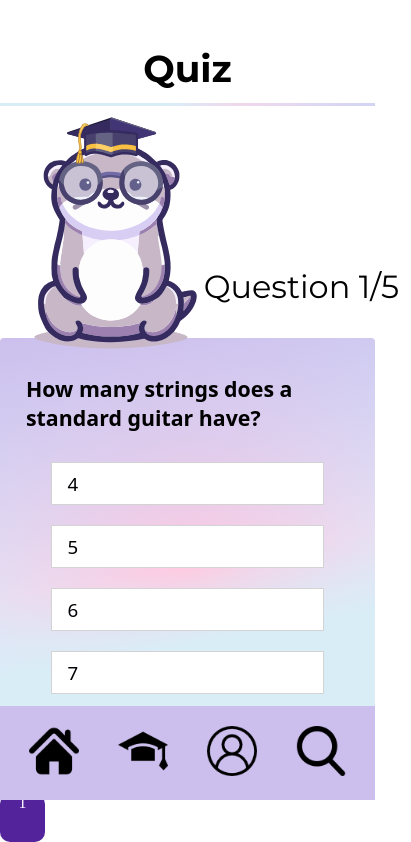
Repository: 1medi/pocketprof
Page: /quiz/page
The author's editor kept a copy of each file at every save. The page is drawn from the files as they stood at one save, then again after the next save.
The browser window is 375 px wide. The page is 411 px wide, so the pictures cover 411 px, including what lies to the right of the window. The pictures show the whole page.
The project was rebuilt for these pictures with package versions that can differ from the ones it lists, and the page was loaded fresh each time. The framework's server and built-in components were replaced by stand-ins that run in the browser. Also part of the build but not shown: next.config.mjs, Components/Buttons/Oscar/Oscar.module.css, Components/Buttons/Oscar/index.js.

Above is the page before, as saved 2024-04-14 06:31:26.

### pages/quiz/page.jsx
'use client';
import React, { useState, useRef, useEffect } from 'react';
import { quiz } from "../data"
import styles from "./page.module.css"
import { Montserrat } from "next/font/google"
import Header from '@/Components/Header';
import NavBar from "@/Components/Navbar"
import Image from 'next/image';


const notoSans = Montserrat({
  subsets: ['latin'],
});

export default function Page() {
  const [activeQuestion, setActiveQuestion] = useState(0);
  const [selectedAnswer, setSelectedAnswer] = useState('');
  const [checked, setChecked] = useState(false);
  const [selectedAnswerIndex, setSelectedAnswerIndex] = useState(null);
  const [showResult, setShowResult] = useState(false);
  const [result, setResult] = useState({
    score: 0,
    correctAnswers: 0,
    wrongAnswers: 0,
  });
  const [progress, setProgress] = useState(0);

  const nextButtonRef = useRef(null);

  const { questions } = quiz;
  const { answers, correctAnswer } = questions[activeQuestion];

  const onAnswerSelected = (answer, idx, event = null) => {
    if (event && event.type === 'keydown' && (event.key !== 'Enter' && event.key !== ' ')) {
      return;
    }
    setChecked(true);
    setSelectedAnswerIndex(idx);
    if (answer === correctAnswer) {
      setSelectedAnswer(true);
      console.log('true');
    } else {
      setSelectedAnswer(false);
      console.log('false');
    }
  };


  useEffect(() => {
    if (checked && nextButtonRef.current) {
      nextButtonRef.current.focus();
    }
  }, [checked]);

  const nextQuestion = () => {
    setProgress((prevProgress) => (prevProgress + 1) % 5); // Change 5 to the total number of nested divs
    setSelectedAnswerIndex(null);
    setResult((prev) =>
      selectedAnswer
        ? {
            ...prev,
            score: prev.score + 5,
            correctAnswers: prev.correctAnswers + 1,
          }
        : {...prev,
            wrongAnswers: prev.wrongAnswers + 1,
          }
    );
    if (activeQuestion !== questions.length - 1) {
      setActiveQuestion((prev) => prev + 1);
    } else {
      setActiveQuestion(0);
      setShowResult(true);
    }
    setChecked(false);
  };

  return (
    <>
    <Header name="Quiz"/>
      <div className={`${styles.container}`}>
      <div className={styles.oscarBox}>
    <Image
      priority
      src="/img/oscar/oscar-main.svg"
      width="100"
      height="100"
      alt="oscar"
      className={styles.oscar}
    />
    {!showResult && (
      <div className={styles.activeQ}>
        Question {activeQuestion + 1}
        <span>/{questions.length}</span>
      </div>
    )}
  </div>
    </div>
      <div>
        {!showResult ? (
          <div className={styles.quizContainer}>
            <h3 className={styles.question}>{questions[activeQuestion].question}</h3>
            {answers.map((answer, idx) => (
              <li
                key={idx}
                onClick={() => onAnswerSelected(answer, idx)}
                onKeyDown={(event) => onAnswerSelected(answer, idx, event)}
                className={`${styles.answerList} ${selectedAnswerIndex === idx ? styles.itemSelected : styles.itemHover}`}
                tabIndex={0}>
                <span>{answer}</span>
              </li>
            ))}

            <button
              ref={nextButtonRef}
              onClick={nextQuestion}
              className={checked ? styles.btn : styles.btnDisabled}
              tabIndex={2}
              disabled={!checked}>
              {activeQuestion === questions.length - 1 ? 'Finish' : 'Next'}
            </button>
          </div>
        ) : (
          <div className={styles.quizContainer}>
            <div className={styles.result}><h3 className={styles.hthree}>Results</h3></div>
            <div><h2 className={styles.htwo}>Overall {(result.score / (questions.length * 5)) * 100}%</h2></div>
            <div className={styles.resultBox}>
              <p className={styles.paragraph}>
              Total Questions: <span>{questions.length}</span>
            </p>
            <p className={styles.paragraph}>
              Total Score: <span>{result.score}</span>
            </p>
            <p className={styles.paragraph}>
              Correct Answers: <span>{result.correctAnswers}</span>
            </p>
            <p className={styles.paragraph}>
              Wrong Answers: <span>{result.wrongAnswers}</span>
            </p>
            </div>
            <button className={styles.btn} onClick={() => window.location.reload()}>Restart</button>
          </div>
        )}
      </div>
      <div className={styles.progressBar}>
          <div className={styles.step} style={{ opacity: progress >= 0 ? 1 : 0 }}><p className={styles.barText}>1</p></div>
          <div className={styles.step} style={{ opacity: progress >= 1 ? 1 : 0 }}><p className={styles.barText}>2</p></div>
          <div className={styles.step} style={{ opacity: progress >= 2 ? 1 : 0 }}><p className={styles.barText}>3</p></div>
          <div className={styles.step} style={{ opacity: progress >= 3 ? 1 : 0 }}><p className={styles.barText}>4</p></div>
          <div className={styles.step} style={{ opacity: progress >= 4 ? 1 : 0 }}><p className={styles.barText}>5</p></div>
      </div>
    <NavBar/>
    </>

  );
};

### pages/api/chat-gpt/route.js
import { NextResponse } from "next/server";

export async function POST(request) {
  return NextResponse.json({
    name: "IT WORKS!!!",
  });
}

### styles/globals.css
:root {
background-color: white;
align-content: center;
--main-color-purple: #53239B;
--main-color-lightpurple: #CCBFED;
--secondary-color-blue: #9AB7F9;
--secondary-color-lightblue: #CCE3FB;

--font-header: 34pt ;
--font-section-header: 28pt;
--font-sub-header: 24pt;
--font-button: 16pt;
--font-body: 16pt;
--font-secondary: 14pt;
--font-tertiary:12pt;

--headings: "Montserrat", "sans-serif";;
--body-text: "Noto Sans", sans-serif;

}


* {
    padding: 0;
    margin: 0;
  }

  ol,
  ul {
    list-style: none;
  }

### pages/data.js
export const quiz = {
    totalQuestions: 5,
    questions: [
      {
        id: 1,
        question: 'How many strings does a standard guitar have?',
        answers: ['4', '5', '6', '7'],
        correctAnswer: '6',
      },
      {
        id: 2,
        question: 'Which part of the guitar do you strum or pluck the strings with?',
        answers: ['Headstock', 'Fretboard', 'Body', 'Bridge'],
        correctAnswer: 'Body',
      },
      {
        id: 3,
        question: 'What is a pick used for in playing the guitar?',
        answers: ['Holding the strings down', 'Strumming or plucking the strings', 'Keeping the guitar in tune', 'San Marino'],
        correctAnswer: 'Strumming or plucking the strings',
      },
      {
        id: 4,
        question: 'What is the name of the thickest string on the guitar?',
        answers: ['A string', 'E string', 'D string', 'G string'],
        correctAnswer: 'E string',
      },
      {
        id: 5,
        question: 'Where do you place your fingers to play different notes on the guitar?',
        answers: ['On the body', 'On the headstock', 'On the strings over the fretboard', 'On the tuning pegs'],
        correctAnswer: 'On the strings over the fretboard',
      },
    ],
  };

### pages/quiz/page.module.css

@media only screen and (max-width:431px) {
  .container{
  padding: 0;
  background-color: white;
  width: 95%;
  margin: auto;
  border-radius: 10px;
  font-size: var(--font-body);
  padding: 0;

}

.question{
  font-family: var(--body-text);
  font-size: var(--font-body);
  margin: 20px 10px;

}

.htwo {
  padding-bottom: 2rem;
  color: #000105;
  font-family: var(--headings);
  font-size: var(--font-sub-header);
}

.hthree {
  padding-bottom: 2rem;
  color: #000105;
  font-family: var(--headings);
  font-size: var(--font-sub-header);
  text-align: left;
}

.result{
  left:0;
  width:100%;
  border-bottom: 0.5px solid black;
  height: 40px;
  margin-bottom: 3rem;
}

.btn {
  padding: 16px 8px;
  width: 100%;
  margin-top: 12px;
  font-size: var(--font-button);
  border-radius: 5px;
  cursor: pointer;
  background-color: var(--main-color-purple);
  color: white;
  font-family: var(--headings);
  align-self: center;
}

.btnDisabled {
  background-color: lightgray;
  padding: 16px 8px;
  width: 100%;
  margin-top: 12px;
  font-size: var(--font-button);
  border-radius: 4px;
  color: darkgray;
  font-family: var(--headings);
}

.answerList {
  list-style-type: none;
  cursor: pointer;
  margin: 10px 50px;
  padding: 8px 15px;
  color: #000105;
  border: 1.5px solid lightgray;
  background-color: white;
  font-family: var(--body-text);
  font-size: var(--font-secondary);
  width: 70%;
}

.activeQ{
  margin: 5rem 12rem;
  position: absolute;
  top: 50%; /* center vertically */
  left: 50%; /* center horizontally */
  transform: translate(-50%, -50%); /* adjust precise centering */
  width: 100%;
  color: black;
  text-align: center;
  padding:10px;
  font-family: var(--headings);
  font-size: var(--font-sub-header)
}

.itemHover:hover {
  background-color: #CCBFED;
  columns: #fff;
}

.itemSelected {
  color: #474747;
  background-color:#8E71D5;
}

.quizContainer {
  background: linear-gradient(-10deg, #d9edf7 35%, rgba(237, 202, 216, 0) 50%, var(--main-color-lightpurple)), radial-gradient(circle, #ffcae1 0, #daeafc 100%);
  padding: 1rem;
  margin-top: 2rem;
  border-radius: 4px;
  display: flex;
  flex-direction: column;
  justify-content: center;
  align-items: center;

}

.paragraph {
  padding: 8px 0;
  font-size: var(--font-body);
  font-family: var(--body-text);
  margin: 10px;
  padding: 8px 50px 8px 10px;
  color: #000105;
  border-bottom: 1.5px solid lightgray;
  background-color: white;
  text-align: left;
}

.resultBox{
  background-color: white;
  padding: 2rem;
  width: fit-content;
  display: flex;
  flex-direction: column;
  align-self: center;
  border-radius: 10px;
  margin-bottom: 2rem;
}

.oscarBox {
  position: relative;
  width: 200px;
  height: 200px;
}

.oscar {
  display: block;
  width: 100%;
  height: auto;
}

.progressBar{
  display: flex;
  flex: row;
  border-radius: 5px;
}

.step{
  background-color: var(--main-color-purple);
  transition: background-color 0.5s ease;
  height:3em;
  width: 10em;
  margin-right:30px;
  border-radius: 10px;
  text-align: center;
}

.barText{
  color:white;
}


}

### Components/Header/index.js
import styles from "@/Components/Header/Header.module.css"
import Link from "next/link"

export default function Header({name}){
  return (
    <>
    <header className={styles.header}>

      <h1 className={styles.headerTitle}>{name}</h1>
    </header>
    </>
  )
}

### Components/Navbar/index.js
import styles from "./Navbar.module.css"
import Oscar from "@/Components/Buttons/Oscar"
import Link from "next/link"
import Home from "@/public/img/home-icon-silhouette.png"
import Image from "next/image"
import Learn from "@/public/img/learn.png"
import Profile from "@/public/img/navuser.png"
import Search from "@/public/img/search.png"

export default function NavBar() {
  return (
    <nav className={styles.nav}>
      <div className={styles.navContainer}>
        <ul className={styles.navOptions}>
          <li className={styles.navLink}>
            <Link href={'/'} className={styles.navText}>
              <Image
              className={styles.image}
              src={Home}
              width={50}
              height={50}
              />
            </Link>
          </li>
          <li className={styles.navLink}>
            <Link href={'/Courses'} className={styles.navText}>
              <Image
              className={styles.image}
              src={Learn}
              width={50}
              height={50}
              />
            </Link>
          </li>
          <li className={styles.navLink}>
            <Link href={'/Profile'} className={styles.navText}>
              <Image
              className={styles.image}
              src={Profile}
              width={50}
              height={50}
              />
            </Link>
          </li>
          <li className={styles.navLink}>
            <Link href={'/QuizPage'} className={styles.navText}>
              <Image
              className={styles.image}
              src={Search}
              width={50}
              height={50}
              />

            </Link>
          </li>
        </ul>
      </div>
    </nav>
  )
}

### Components/Header/Header.module.css
.header{
  max-height: 400;
  height: 4rem;
  position: relative;
  padding: 1.3rem;
  backdrop-filter: blur(10px);
  justify-content: center;
  align-items: center;
  }

  .header::before {
    content: "";
    position: absolute;
    inset: 0;
    border-bottom: 3px solid transparent;
    background: linear-gradient(140deg,  #d9edf7 35%, rgba(237, 202, 216, 0) 50%, var(--main-color-lightpurple)), radial-gradient(circle, #ffcae1 0, #daeafc 100%) border-box;
    mask: linear-gradient(#fff 0 0) padding-box, linear-gradient(#fff 0 0);
    mask-composite: exclude;
  }


.headerTitle{
  text-align: center;
  margin:auto;
  display: flex;
  justify-content: center;
  color: black;
  padding-top: 25px;
  font-family: var(--headings);
  font-size: var(--font-section-header);
}

### Components/Navbar/Navbar.module.css
@media only screen and (max-width:430px) {
  .nav {
  position: fixed;
  bottom: 0;
  left: 0;
  width: 100%;
  display: flex;
  flex-direction: row;
  background-color:var(--main-color-lightpurple);
  justify-content: space-around;
}

.navContainer{
  position: relative;
  justify-content: space-around;
  width: 100%;
}
.buttonContainer{
  padding:10px;

}

.navOptions{
  display: flex;
  flex-direction: row;
  text-align: center;
  justify-content: space-around;
  padding: 10px;
  text-decoration: none;
}

.navLink{
  padding: 10px;
  border-radius: 10px;
  text-decoration: none;
  list-style: none;
  position: relative;
  justify-content: center;
}

.image:hover{
  background-color: #8b82a4;
}

.navText{
  text-decoration: none;
  list-style: none;
  color:black;
}

.navText:visited{
  text-decoration: none;
  list-style: none;
  color: black;
}

.oscar{
  position:relative
}
}

Loaded but not shown: pages/_app.js (common file); pages/_document.js (common file); pages/api/hello.js (common file); pages/api/askOscar.js (no copy from this time; the picture is the same without it); pages/api/chat.js (no copy from this time; the picture is the same without it); pages/api/image.js (no copy from this time; the picture is the same without it)

After the next save:
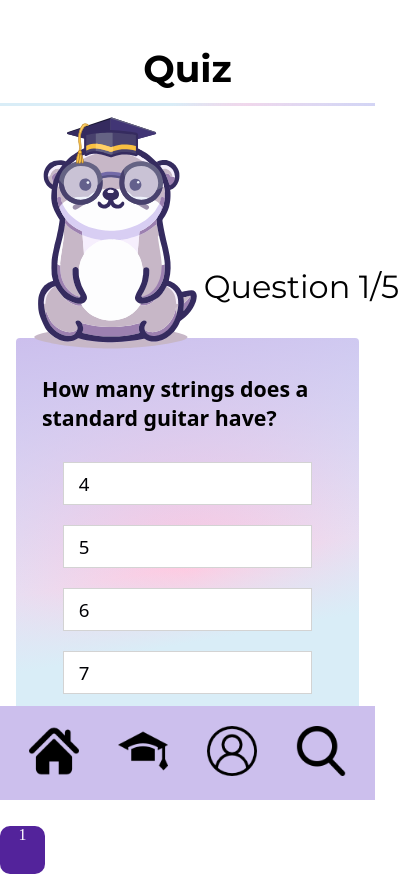
Saved 74 s later.
--- a/pages/quiz/page.module.css
+++ b/pages/quiz/page.module.css
@@ -105,7 +105,7 @@
 .quizContainer {
   background: linear-gradient(-10deg, #d9edf7 35%, rgba(237, 202, 216, 0) 50%, var(--main-color-lightpurple)), radial-gradient(circle, #ffcae1 0, #daeafc 100%);
   padding: 1rem;
-  margin-top: 2rem;
+  margin: 2rem 1rem;
   border-radius: 4px;
   display: flex;
   flex-direction: column;
